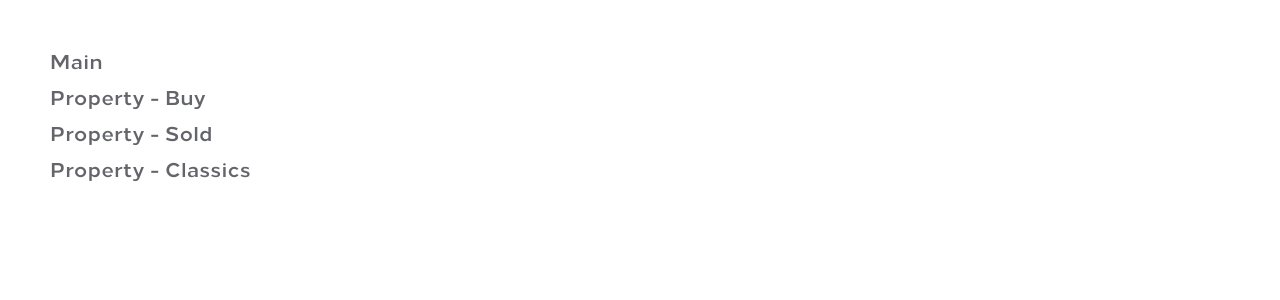
Repository: TarasDutchak/srb
Page: sitemap.html
The author's editor kept a copy of each file at every save. The page is drawn from the files as they stood at one save, then again after the next save.
The browser window is 1280 px wide. The pictures show the whole page.

Above is the page before, as saved 2024-07-23 15:39:10.

After the next save:
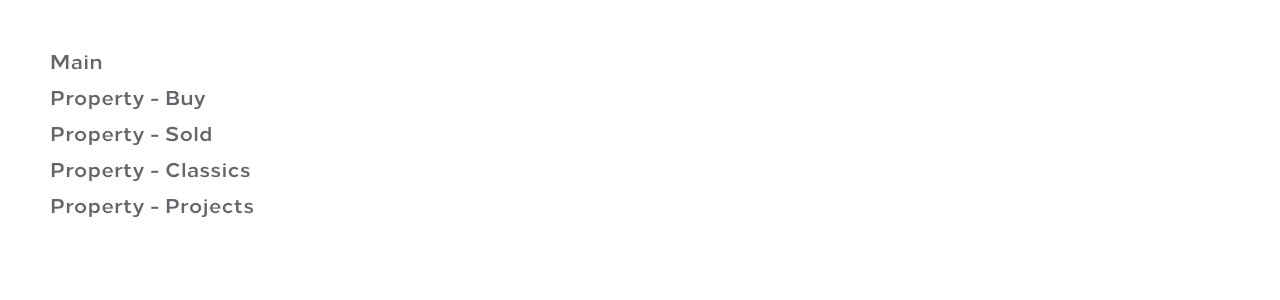
Saved 14 h 38 min later.
--- a/sitemap.html
+++ b/sitemap.html
@@ -18,6 +18,7 @@
             <li><a href="buy.html" target="_blank">Property - Buy</a></li>
             <li><a href="sold.html" target="_blank">Property - Sold</a></li>
             <li><a href="classics.html" target="_blank">Property - Classics</a></li>
+            <li><a href="classics.html" target="_blank">Property - Projects</a></li>
         </ul>
     </div>
 
